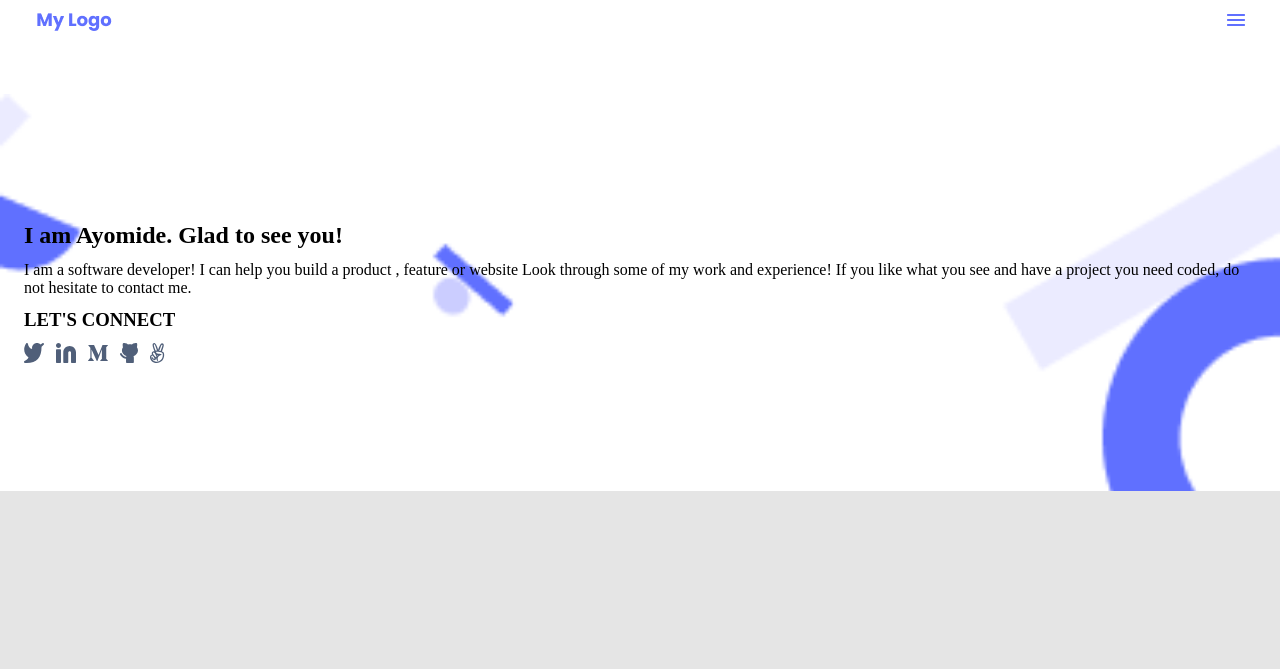
Repository: Paulinelali/potfoilo.github.io
Page: public/index.html
The author's editor kept a copy of each file at every save. The page is drawn from the files as they stood at one save, then again after the next save.
The browser window is 1280 px wide. The pictures show the whole page.

Above is the page before, as saved 2023-03-31 00:28:36.

After the next save:
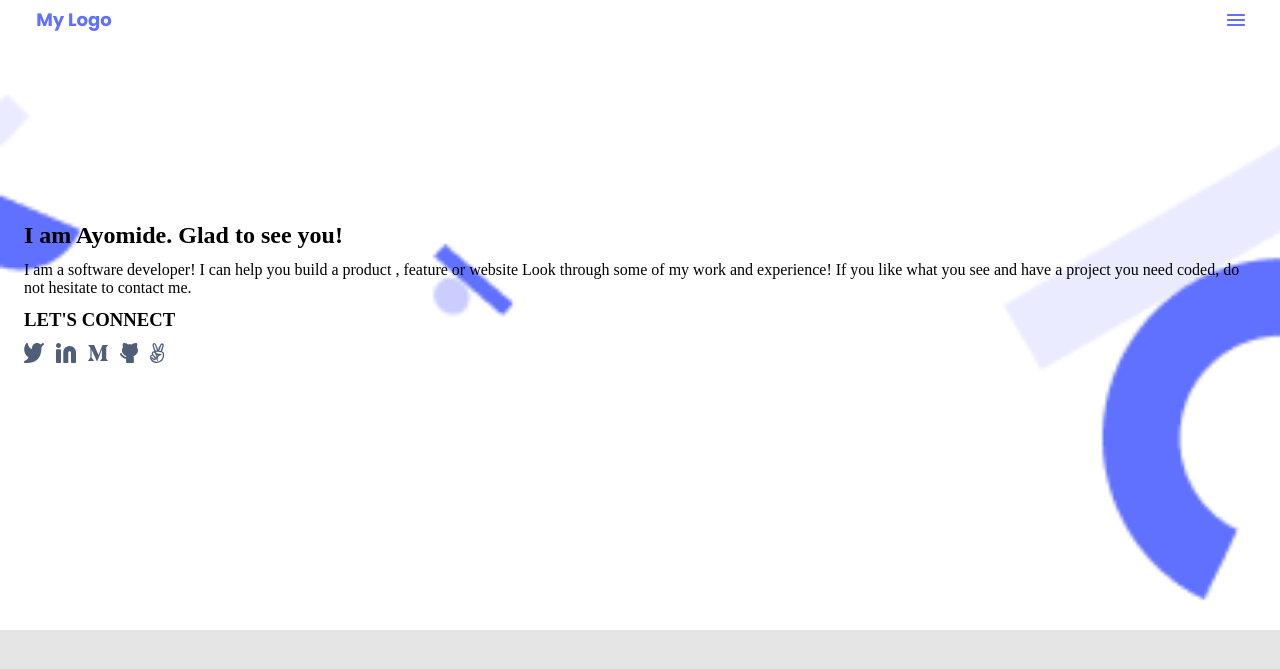
Saved 5 s later.
--- a/styles/style.css
+++ b/styles/style.css
@@ -36,7 +36,7 @@ body{
 .social-icons{
   display: flex;
   gap: 12px;
-  margin-bottom: ;
+  margin-bottom: 139px;
 }
 .social-icons img{
 }
